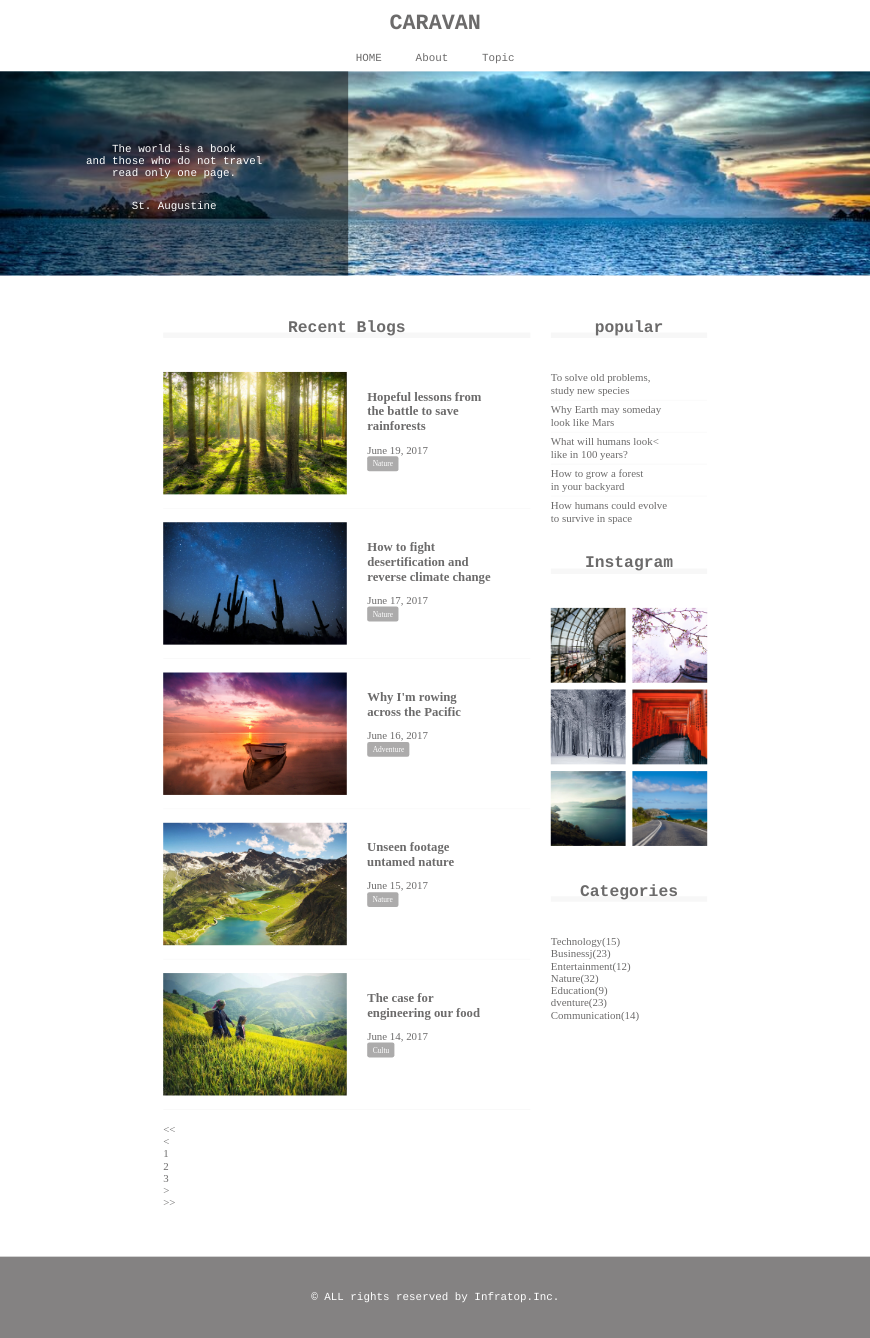
Repository: YuraTajima/DMM-all
Page: caravan/index.html
The author's editor kept a record of every edit. The page is drawn from the files as they stood at one moment, then again after the next edit.
The browser window is 1280 px wide. The pictures show the whole page, at 68% of full size.

Above is the page before.

### caravan/index.html
<!DOCTYPE html>

<html lang="ja">
  <head>
    <meta charset="UTF-8" />

    <!-- CSSファイルの読み込み -->
    <link rel="stylesheet" href="style.css" />

    <title>CARAVAN</title>

  </head>

  <body>

    <header>
      <h1 class="heading">
        <a href="index.html">
          CARAVAN
        </a>
      </h1>
    </header>

    <nav>
      <ul class="nav-list">

        <li class="nav-list-item">
          <a href="index.html">HOME</a>
        </li>

        <li class="nav-list-item">About</li>

        <li class="nav-list-item">Topic</li>


      </ul>
    </nav>



    <div class="main-visual">

      <div class="main-visual-content">

        <p class="main-visual-text">

          The world is a book<br />
          and those who do not travel<br />
          read only one page.

        </p>

        <p class="main-visual-name">

          St. Augustine

        </p>
      </div>

    </div>



    <main>

      <section class="blog">
        <h2 class="blog-heading">Recent Blogs</h2>

        <div class="blog-box">

          <div class="blog-item">

            <img class="blog-image" src="img/forest.jpg">

            <section class="blog-text">

              <h3 class="blog-text-heading">

                <a href="single.html">
                  Hopeful lessons from <br>
                  the battle to save <br>
                  rainforests
                </a>

              </h3>

              <p class="blog-dete">June 19, 2017</p>

              <span class="category">Nature</span>

            </section>
          </div>

          <div class="blog-item">

            <img class="blog-image" src="img/desert.jpg">

            <section class="blog-text">

              <h3 class="blog-text-heading">

                <a href="single.html">
                  How to fight <br>
                  desertification and <br>
                  reverse climate change
                </a>

              </h3>

              <p class="blog-dete">June 17, 2017</p>

              <span class="category">Nature</span>

            </section>
          </div>


          <div class="blog-item">

            <img class="blog-image" src="img/sunset.jpg">

            <section class="blog-text">

              <h3 class="blog-text-heading">

                <a href="single.html">
                  Why I'm rowing <br>
                  across the Pacific
                </a>

              </h3>

              <p class="blog-dete">June 16, 2017</p>

              <span class="category">Adventure</span>

            </section>
          </div>


          <div class="blog-item">

            <img class="blog-image" src="img/italy.jpg">

            <section class="blog-text">

              <h3 class="blog-text-heading">

                <a href="single.html">
                  Unseen footage <br>
                  untamed nature
                </a>

              </h3>

              <p class="blog-dete">June 15, 2017</p>

              <span class="category">Nature</span>

            </section>
          </div>

          <div class="blog-item">

            <img class="blog-image" src="img/asia.jpg">

            <section class="blog-text">

              <h3 class="blog-text-heading">

                <a href="single.html">
                  The case for <br>
                  engineering our food
                </a>

              </h3>

              <p class="blog-dete">June 14, 2017</p>

              <span class="category">Cultu</span>

            </section>
          </div>
        </div>
        <div class="paginatin">
          <p><<</p>
          <p><</p>
          <p>1</p>
          <p>2</p>
          <p>3</p>
          <p>></p>
          <p>>></p>

        </div>
      </section>


      <div class="sidebar">

        <section class="popular">

          <h2 class="popular-heading common-heading">popular</h2>

          <div class="sidebar-contents">

            <p class="popular-text">To solve old problems,<br>study new species</p>
            <p class="popular-text">Why Earth may someday <br>look like Mars</p>
            <p class="popular-text">What will humans look<<br>like in 100 years?</p>
            <p class="popular-text">How to grow a forest<br>in your backyard</p>
            <p class="popular-text">How humans could evolve<br>to survive in space</p>

          </div>

        </section>

        <section class="instagram">

          <h2 class="instagram-heading common-heading">Instagram</h2>

          <div class="sidebar-contents">

            <div class="instagram-box"></div>
            <div class="instagram-box"></div>
            <div class="instagram-box"></div>
            <div class="instagram-box"></div>
            <div class="instagram-box"></div>
            <div class="instagram-box"></div>

          </div>

        </section>


        <section class="categories">
          <h2 class="categories-heading common-heading">Categories</h2>
          <div class="sidebar-contents">

            <p class="categories-text">Technology(15)</p>
            <p class="categories-text">Businessj(23)</p>
            <p class="categories-text">Entertainment(12)</p>
            <p class="categories-text">Nature(32)</p>
            <p class="categories-text">Education(9)</p>
            <p class="categories-text">dventure(23)</p>
            <p class="categories-text">Communication(14)</p>

          </div>

        </section>

      </div>

    </main>


    <footer>

      <p class="footer-text">© ALL rights reserved by Infratop.Inc.</p>

    </footer>


  </body>
</html>

### caravan/style.css
/* ブラウザがそれぞれ持っているCSSをリセットするための記述 */
* {
  margin: 0;
  padding: 0;
  box-sizing: border-box;
  color: #6c6b6b;
}

a{
  text-decoration: none;
}

header, nav, h2, .main-visual, footer{
  font-family: Chalkduster, "Bradley Hand", Courier, "Segoe Print", sans-serif;
}


header{
  width: 90%;
  padding: 15px 0;
  margin: 0 auto;
  text-align: center;
  position: relative;
}

.social{
  position: absolute;
  top: 22px;
  right: 22px;
}

.social i {
  display: inline-block;
  margin-left: 20px;
}


header .heading{
  font-size: 32px;
}


.nav-list{
  text-align: center;
  padding: 10px 0;
  margin: 0 auto;
}


.nav-list-item{
  list-style: none;
  display: inline-block;
  margin: 0 20px;
}



.main-visual {
  width: 100%;
  height: 300px;
  background-image: url(img/mv.jpg);
  background-size: cover;
  background-position: center;
}


.main-visual-content{
  width: 40%;
  height: 300px;
  background-color: rgba( 0, 0, 0, 0.5);
  text-align: center;
  padding-top: 105px;
}

.main-visual-text{
  color: #fff;
}

.main-visual-name{
  margin-top: 30px;
  color: #fff;
}




main {
  width: 800px;
  display: flex;
  justify-content: center;
  margin:  0 auto;
  padding: 70px 0;
}


.blog{
  width: 540px;
  margin-right: 30px;

}

.blog-heading{
  border-bottom: 8px solid #f7f7f7;
  text-align: center;
  line-height: 0.6;

}

.blog-box{
  padding-top: 50px;
}

.blog-item{
  padding-bottom: 20px;
  margin-bottom: 20px;
  border-bottom: 1px solid #f7f7f7;
  display: flex;
  justify-content: flex-start;
}

.blog-text{
  padding: 25px 0 0 30px;
}

.blog-text-heading{
  padding-bottom: 15px;
}

.blog-image{
  height: 180px;

}

.blog-date{
  font-size: 12px;
  display: inline-block;
}

.category{
  display: inline-block;
  padding: 5px 8px;
  background-color: #acabab;
  border-radius: 3px;
  color: #fff;
  font-size: 11px;
}

.pagination{
  text-align: center;
  padding-top: 50px;
}

.pagination p {
  display: inline-block;
  width: 30px;
  height: 30px;
  margin: 0 5px;
  color: #fff;
  background-color: #acabab;
  background-radius: 3px;
  line-height: 30px;
}


.sidebar{
  width: 230px;

}

.common-heading{
  border-bottom: 8px solid #f7f7f7;
  text-align: center;
  line-height: 0.6;
}

.sidebar-contents{
  padding: 50px 0;
}

.popular-text,
.category-text{
  padding-bottom: 5px;
  border-bottom: 1px solid #f7f7f7;
  margin-bottom: 5px;
}

.popular-text:last-child,
.categories-text:last-child {
  margin: 0;
  padding: 0;
  border: none;
}

.instagram .sidebar-contents{
  display: flex;
  flex-wrap: wrap;
}

.instagram-box{
  width: 110px;
  padding-top: 110px;
  background-size: cover;
  background-position: center;
  margin-bottom: 10px;
}

.instagram-box:nth-child(odd){
  margin: 0 10px 10px 0;
}

.instagram-box:nth-child(1) {
  background-image: url(img/airport.jpg);
}

.instagram-box:nth-child(2) {
  background-image: url(img/japan.jpg);
}

.instagram-box:nth-child(3) {
  background-image: url(img/snow.jpg);
}

.instagram-box:nth-child(4) {
  background-image: url(img/japan2.jpg);
}

.instagram-box:nth-child(5) {
  background-image: url(img/lake.jpg);
}

.instagram-box:nth-child(6) {
  background-image: url(img/road.jpg);
}



footer{
  width: 100%;
  height: 120px;
  text-align: center;
  line-height: 120px;
  background-color: #848282;
}

.footer-text{
  color: #fff;
}

@media screen and (max-width: 425px) {
  header {
    width: 100%;
  }

  .nav-list{
    width: 100%;
  }

  .nav-list-item{
    width: 100%;
    margin: 0 0 10px 0;
  }

  .social{
    display: none;
  }

  .main-visual-content{
    width: 100%;
  }

  main{
    width: 100%;
    display: block;
  }

  .blog{
    width:100%;
    margin: 0;
  }

  .blog-box{
    padding-left:2%;
    padding-right:2%;
  }

  .blog-image{
    width:49%;
  }

  blog-text{
    width: 49%;
    padding-top: 5px;
  }

  .sidebar{
    width: 100%;
  }

  .sidebar-contents{
    padding-left: 3%;
    padding-right: 3%;
  }





}

After the next edit:
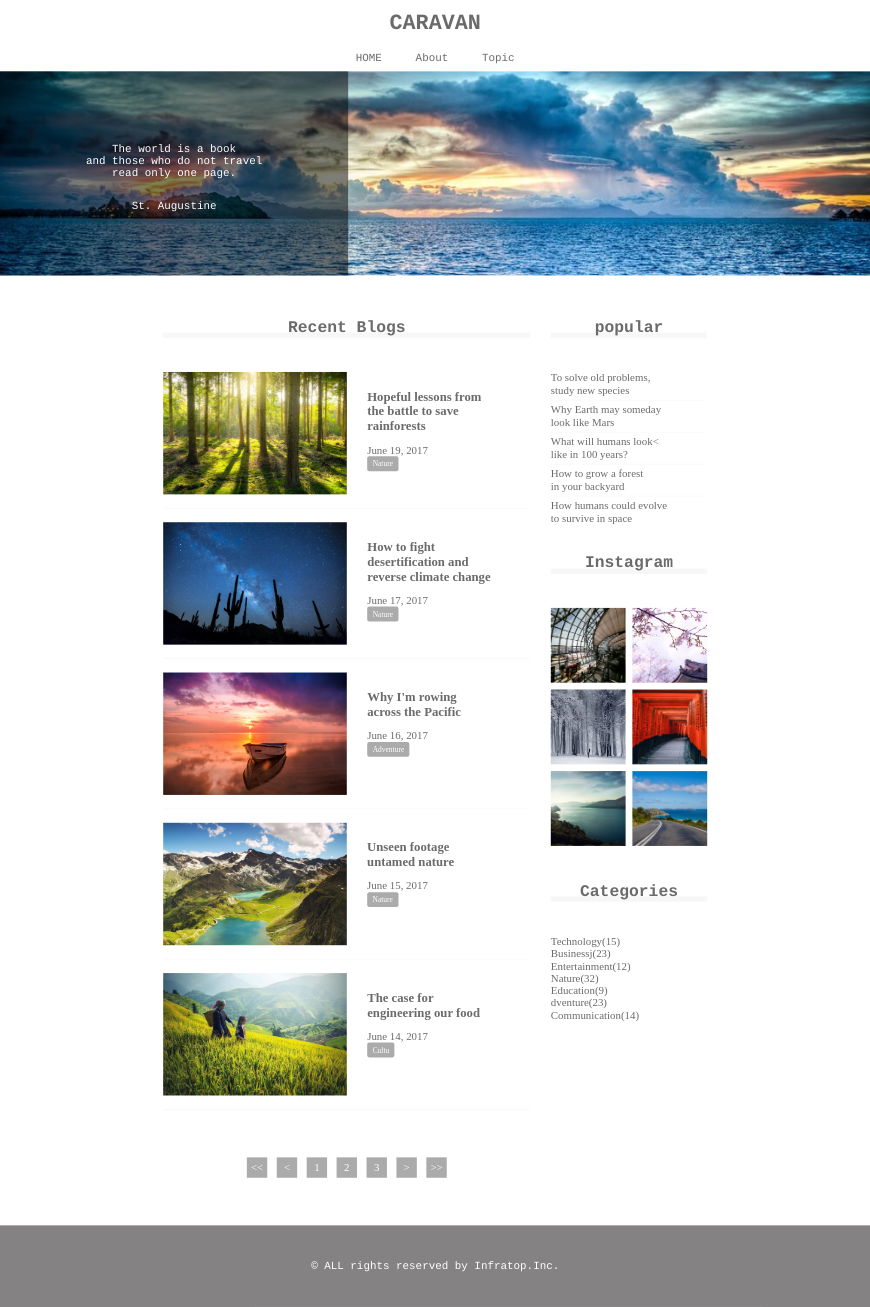
The edit:
--- a/caravan/index.html
+++ b/caravan/index.html
@@ -182,7 +182,7 @@
             </section>
           </div>
         </div>
-        <div class="paginatin">
+        <div class="pagination">
           <p><<</p>
           <p><</p>
           <p>1</p>
